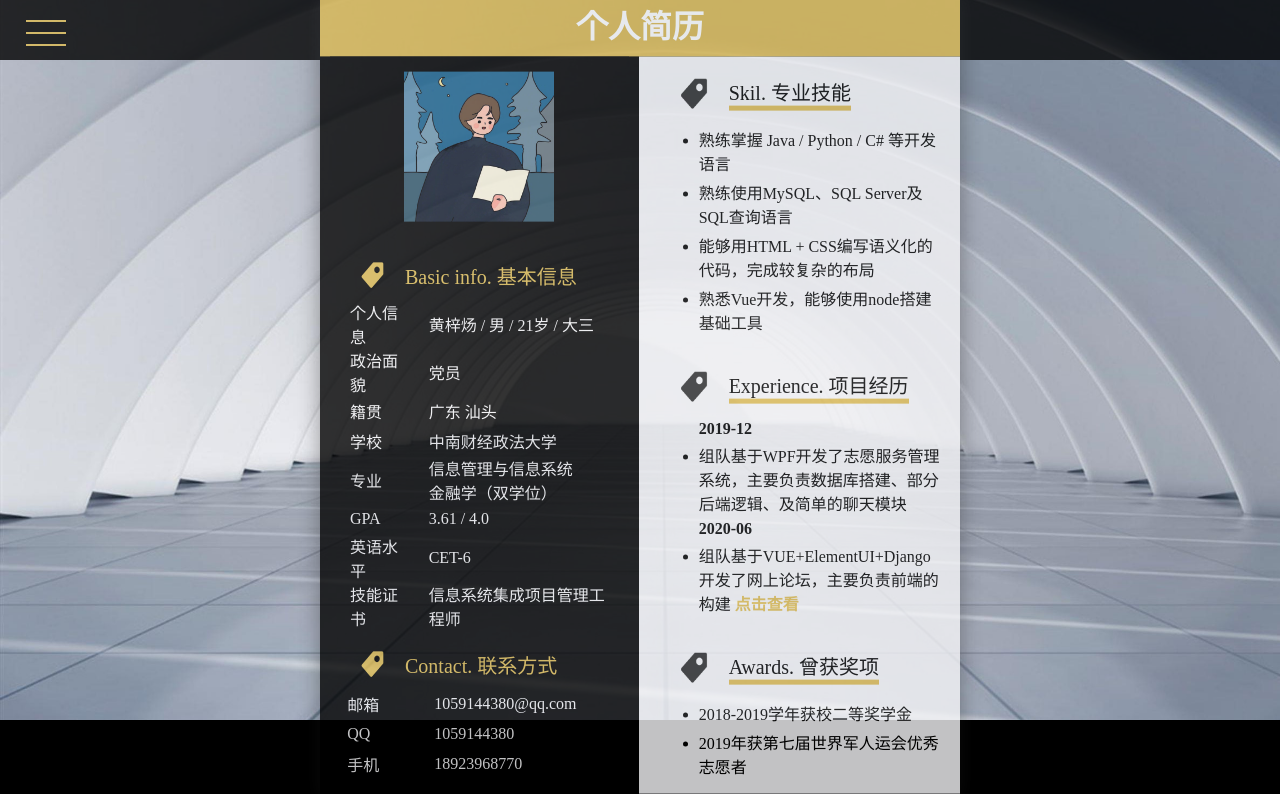
Repository: ustc-hzy/ziYang
Page: resume.html
These files come from the project's save history. The page is drawn as it stood at one moment and after the next save; the edit follows.
The browser window is 1280 px wide. The pictures show the whole page.

Above is the page before, as saved 2020-06-18 21:57:41.

After the next save:
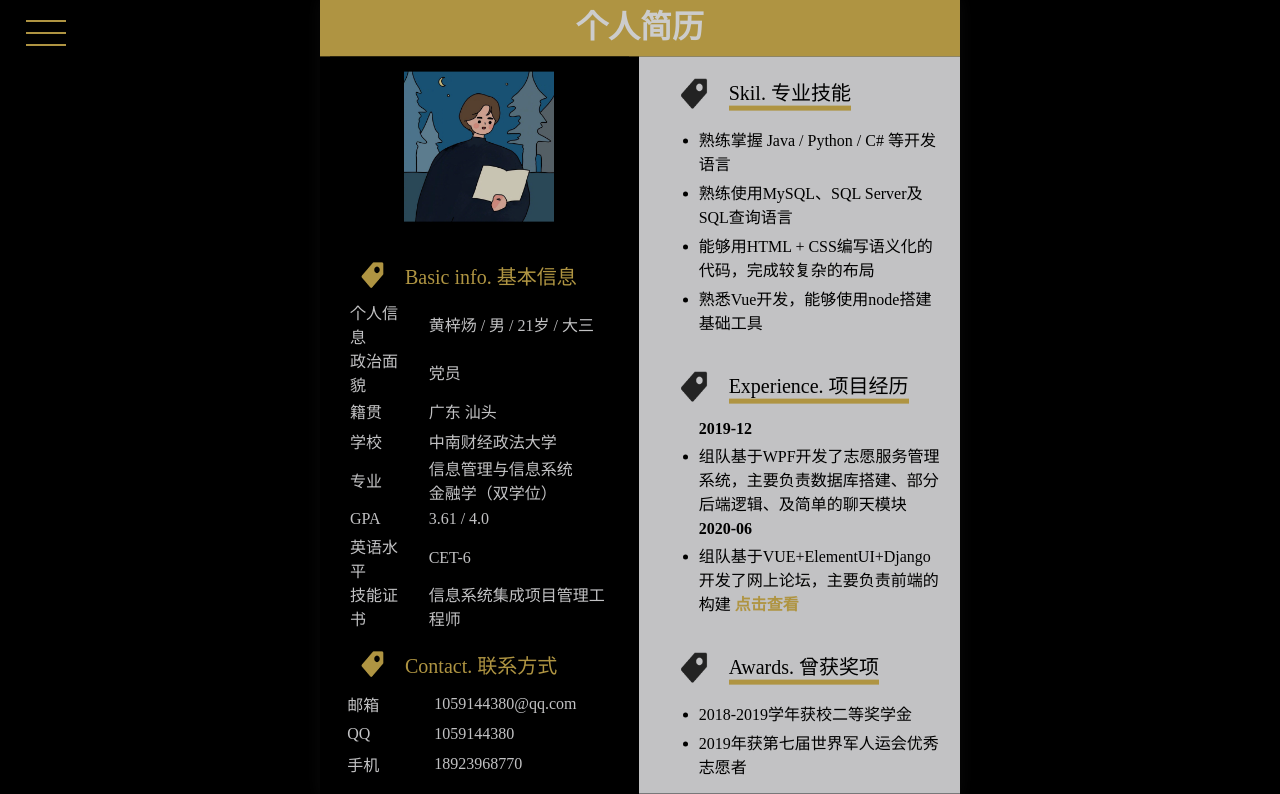
Saved 4 s later.
--- a/css/resume.css
+++ b/css/resume.css
@@ -5,9 +5,9 @@ body {
     margin: 0 auto;
     padding: 0 0 ;
     background-color: #000000;
-    background-image: url(../img/user_bg.jpg);
+    /* background-image: url(../img/user_bg.jpg);
     background-repeat: no-repeat;
-    background-size: cover;
+    background-size: cover;  */
     overflow: auto;
 }
 /* 主题内容框 */
